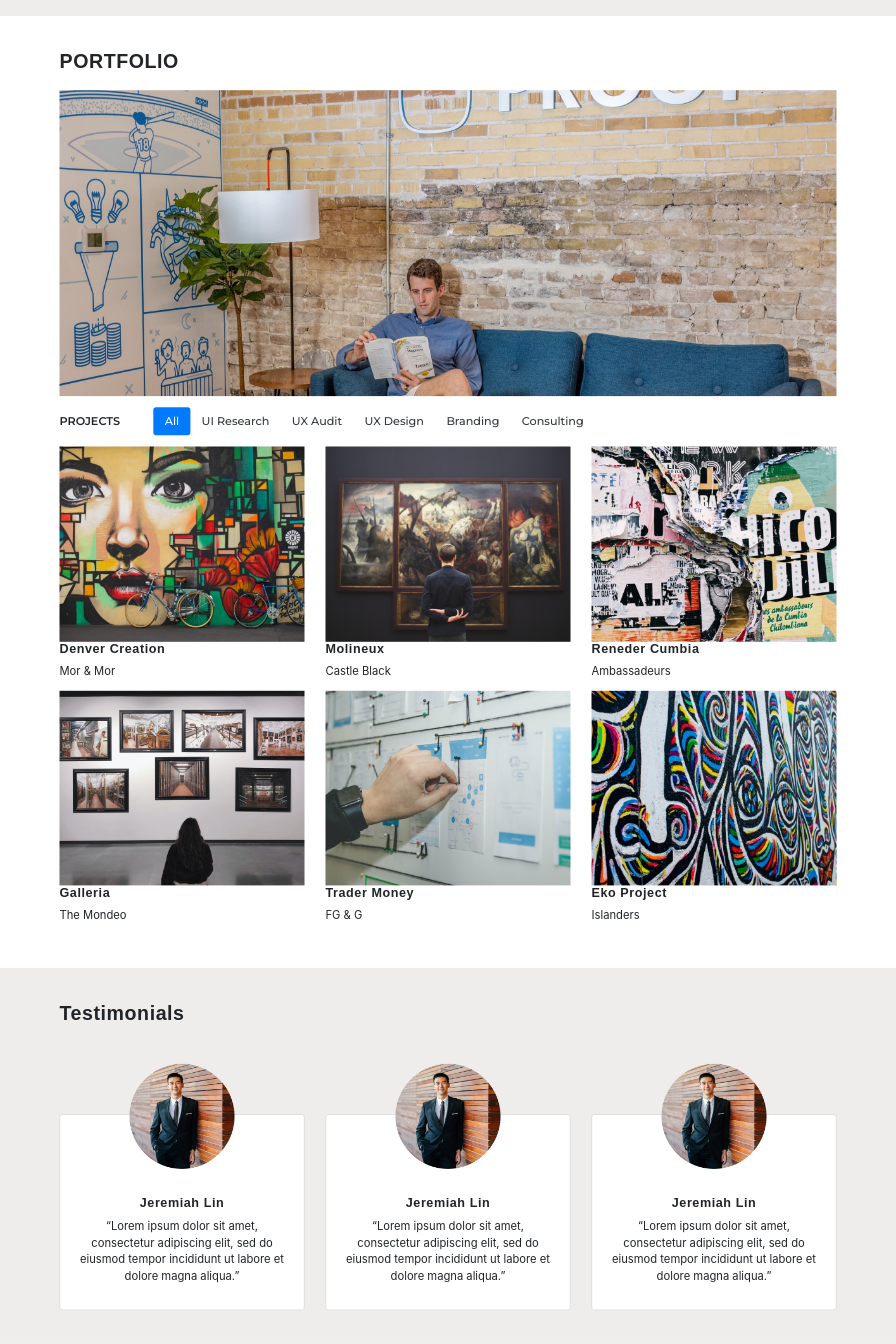
Repository: Syfon01/hng-port
Page: index.html
An editor plug-in stored every save of this project. The page is shown before and after a run of saves, followed by the edit.
The browser window is 1280 px wide. The pictures show the part of the page from y = 1877 to 3797 px (the page is 3797 px tall), at 70% of full size.
Some web fonts or font styles are not loaded; a fallback is used.

Above is the page before, as saved 2020-06-28 19:35:01.

After the next 2 saves:
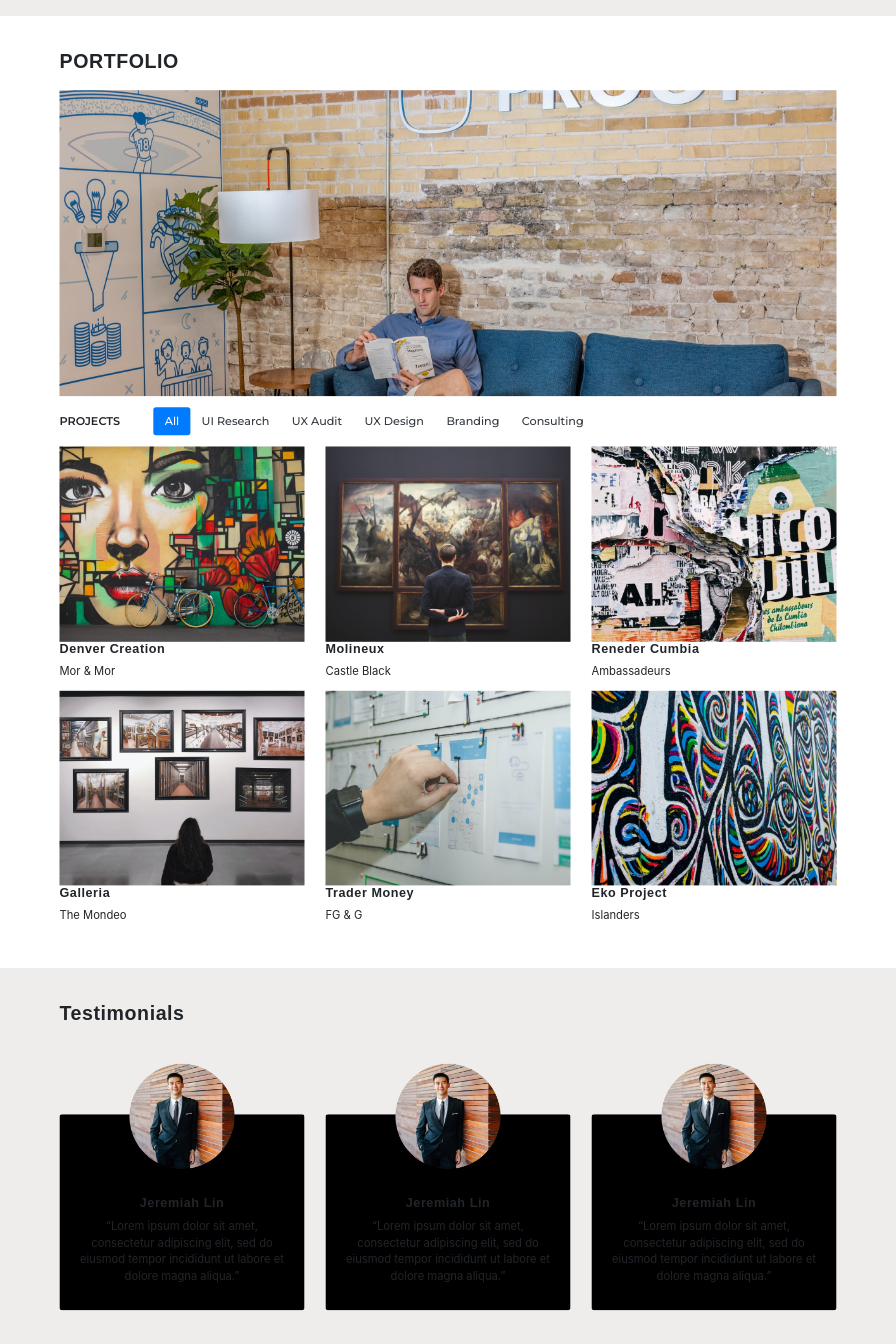
The 2 saves are shown as one change because they came seconds apart.
The last was saved 9 s later.
--- a/style.css
+++ b/style.css
@@ -93,4 +93,6 @@ h5{
   position:relative
 }
 
-.card-dark
+.card-dark{
+  background-color: black;
+}
